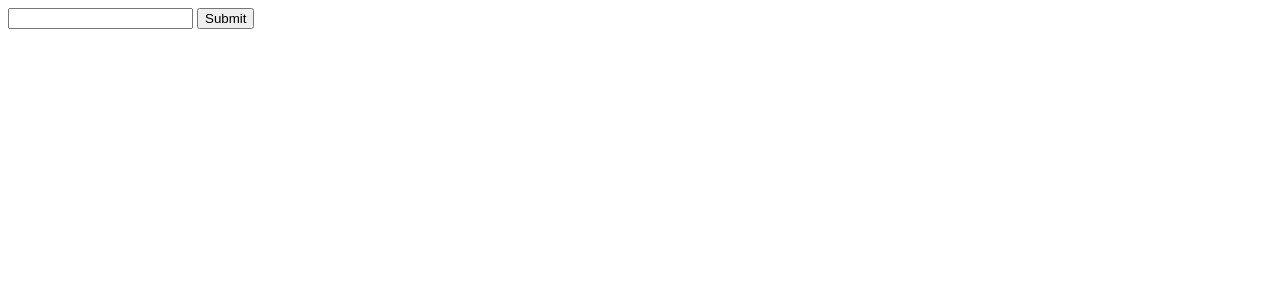
Repository: abdallahokasha/Servlets-and-JSP
Page: SimpleServletProject/WebContent/SimpleForm.html
An editor plug-in stored every save of this project. The page is shown before and after the next save, followed by the edit.
The browser window is 1280 px wide. The pictures show the whole page.

Above is the page before, as saved 2016-08-05 09:50:29.

### SimpleServletProject/WebContent/SimpleForm.html
<!DOCTYPE html>
<html>
<head>
<meta charset="UTF-8">
<title>Insert title here</title>
</head>
<body>

<form method = "post"action="SimpleServletPath">
<input name="UserName"/>
<input type="submit"/>
</form>

</body>
</html>

After the next save:
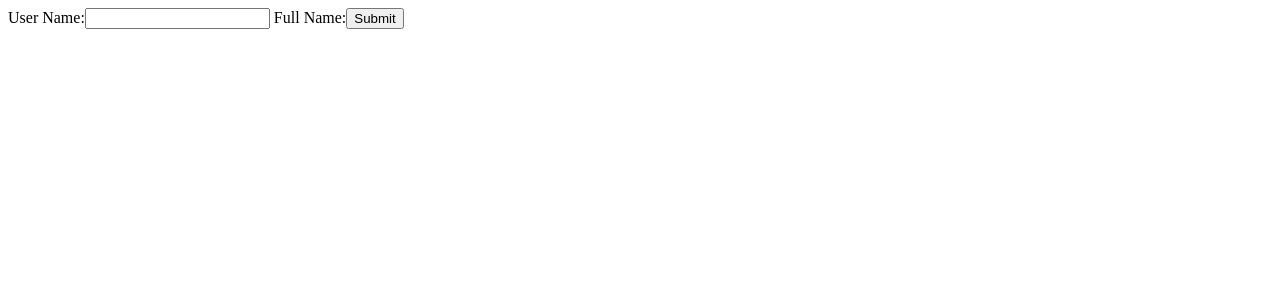
Saved 96 min 20 s later.
--- a/SimpleServletProject/WebContent/SimpleForm.html
+++ b/SimpleServletProject/WebContent/SimpleForm.html
@@ -6,10 +6,11 @@
 </head>
 <body>
 
-<form method = "post"action="SimpleServletPath">
-<input name="UserName"/>
-<input type="submit"/>
-</form>
+	<form method="post" action="SimpleServletPath">
+	User Name:<input name="UserName" />
+	Full Name:<input name="fullName"
+		<input type="submit" />
+	</form>
 
 </body>
 </html>
